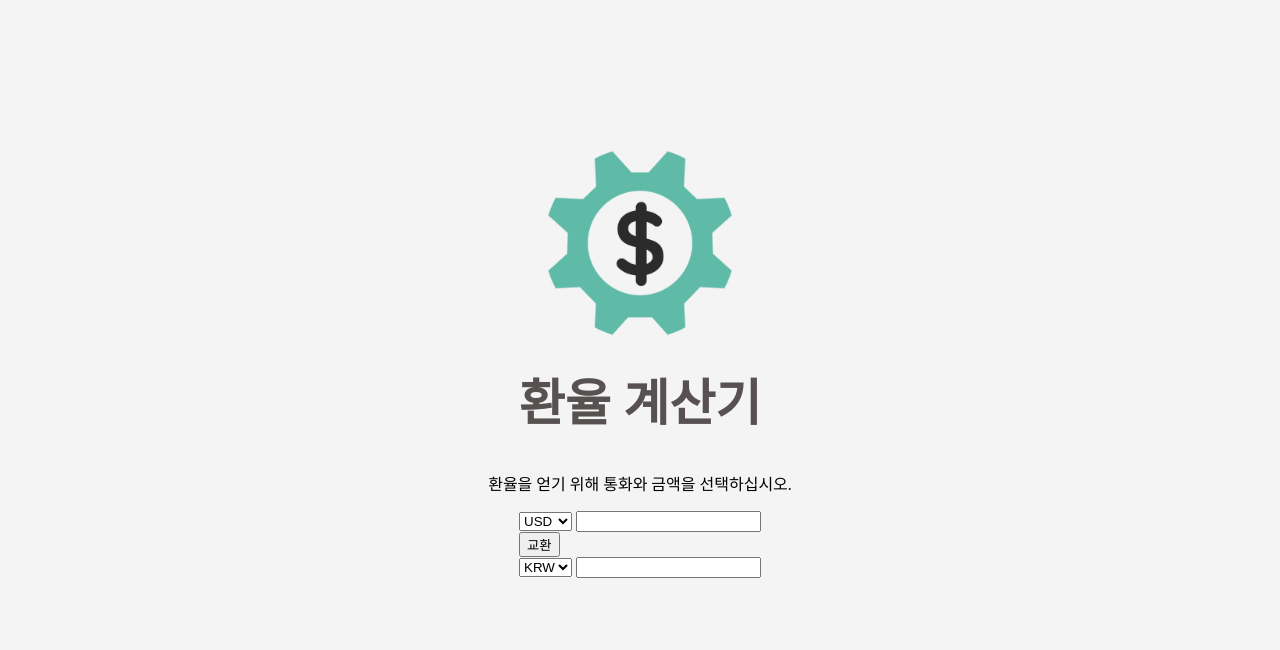
Repository: AbrorjonKuchkarov/exchange-rate
Page: index.html
The author's editor kept a copy of each file at every save. The page is drawn from the files as they stood at one save, then again after the next save.
The browser window is 1280 px wide. The pictures show the whole page.

Above is the page before, as saved 2022-02-24 01:18:20.

After the next save:
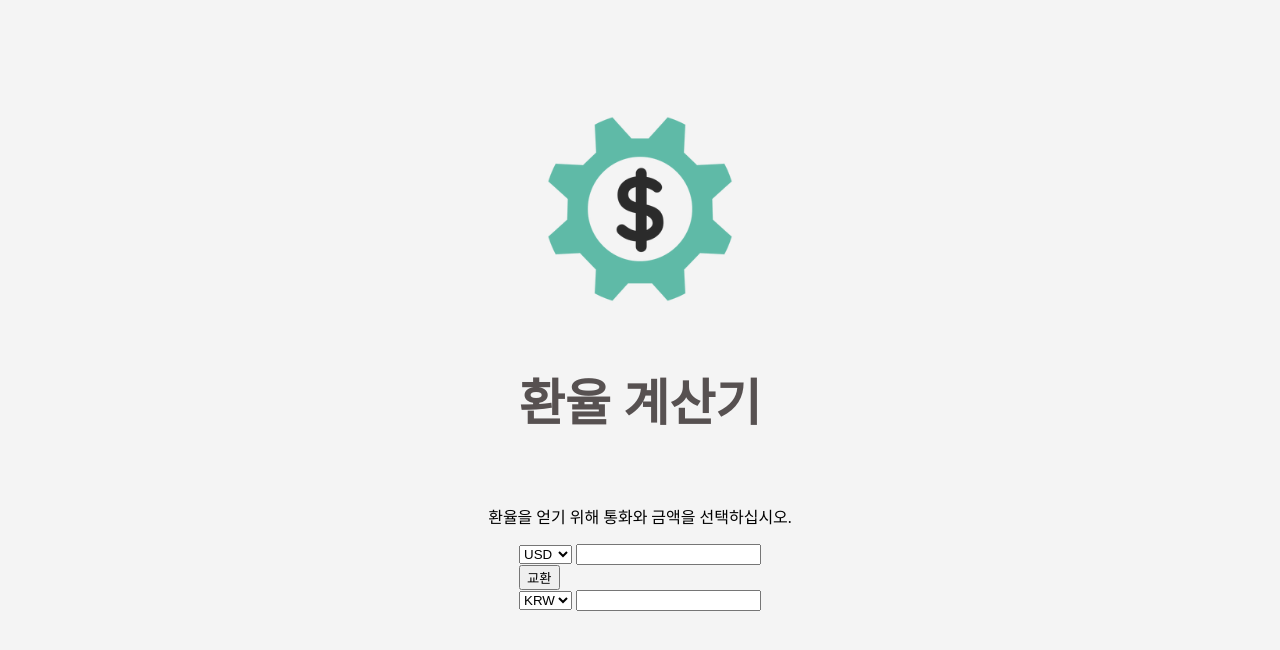
Saved 24 s later.
--- a/style.css
+++ b/style.css
@@ -19,5 +19,5 @@ img {
 h1{
    font-size: 50px;
    color: #575151;
-   margin: 20px 0;
+   padding: 20px;
 }
